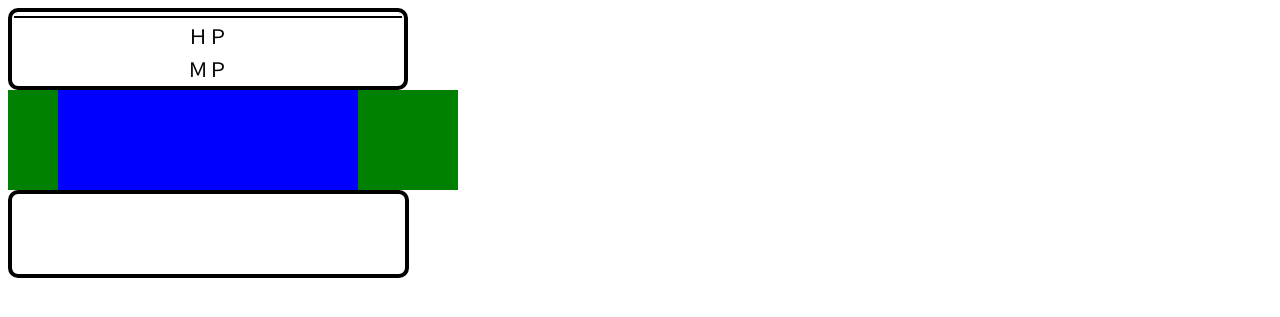
Repository: kousuke-2047/test
Page: http://localhost/Oldmove/leady.jsp
These files come from the project's save history. The page is drawn as it stood at one moment and after the next save; the edit follows.
The browser window is 1280 px wide. The pictures show the whole page.
The page is served by Tomcat 9. Other server files are loaded and not shown.

Above is the page before, as saved 2018-06-25 04:13:04.

### Oldmove/WebContent/leady.jsp
<%@ page language="java" contentType="text/html; charset=UTF-8"
    pageEncoding="UTF-8"%>
<%@ taglib prefix="s" uri="/struts-tags"%>
<!DOCTYPE html>
<html>
<head>
<meta http-equiv="Content-Type" content="text/html; charset=UTF-8">
<link rel="stylesheet" href="./css/battlestyle.css">
<title>レディ画面</title>
</head>
<body>

	<table>
	<tr  class="namebox">
		<td></td>
			<s:iterator value="#session.selectmonsterList">
				<td><s:property value="name"/></td>
			</s:iterator>
	</tr>

	<tr>
		<td>ＨＰ</td>
		<s:iterator value="#session.selectmonsterList">
			<td><s:property value="hp"/></td>
		</s:iterator>
	</tr>
	<tr>
		<td>ＭＰ</td>
		<s:iterator value="#session.selectmonsterList">
			<td><s:property value="mp"/></td>
		</s:iterator>
	</tr>
	</table>
	<div class="enemybox">

		<div class="enemyminibox"></div>
		<div class="enemyminibox"></div>
		<div class="enemyminibox"></div>

	</div>


	<div class="textbox">
		<s:iterator value="#session.selectmonsterList">
			<s:property value="name"/>
			<br>
		</s:iterator>
	</div>
</body>
</html>

### Oldmove/WebContent/css/battlestyle.css
@CHARSET "UTF-8";

body{font-family:DRAGON QUEST MONSTERS;}

table{
	border:4px solid black;
	border-radius:10px;
	text-align:center;
	font-size:20px;
	text-align:center;
	width:400px;
}
.namebox td{
	border-bottom:2px solid black;
}

.enemybox{
	width:400px;
	height:100px;
	padding-left:50px;
	background-color:green;
}
.enemyminibox{
	width:100px;
	height:100px;
	background-color:blue;
	float:left;

}




img{
    margin-top:30px;
    margin-left:80px;
    margin-bottom:10px;
}
.textbox{
    width:378px;
    height:80px;
    border:4px solid black;
    border-radius:10px;
    font-size:20px;
    padding-left:15px;
}
.text{
    margin-top:10px;
    margin-bottom:10px;
}

After the next save:
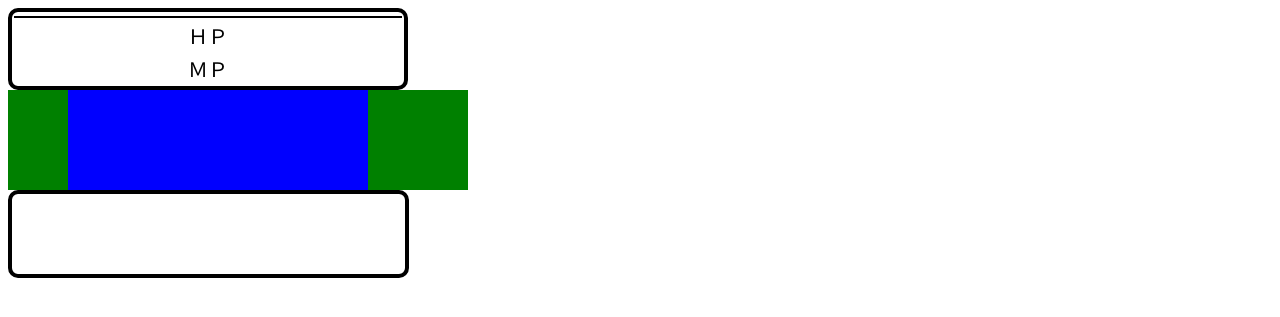
Saved 9 s later.
--- a/Oldmove/WebContent/css/battlestyle.css
+++ b/Oldmove/WebContent/css/battlestyle.css
@@ -17,7 +17,7 @@ table{
 .enemybox{
 	width:400px;
 	height:100px;
-	padding-left:50px;
+	padding-left:60px;
 	background-color:green;
 }
 .enemyminibox{
